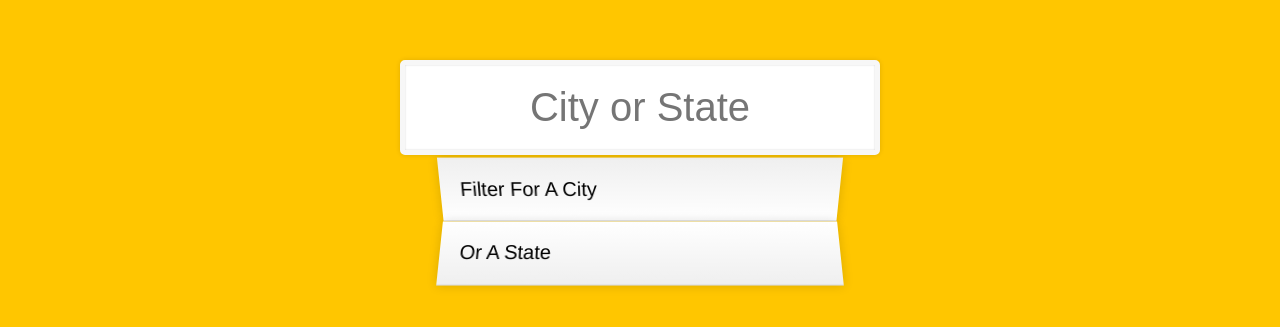
Repository: Saieebawake/Type-Ahead-City-or-State-Search
Page: index.html
An editor plug-in stored every save of this project. The page is shown before and after the next save, followed by the edit.
The browser window is 1280 px wide. The pictures show the whole page.
The page's requests for data from a server got no answer.

Above is the page before, as saved 2026-09-27 20:48:26.

### index.html
<!DOCTYPE html>
<html lang="en">
<head>
    <meta charset="UTF-8">
    <meta name="viewport" content="width=device-width, initial-scale=1.0">
    <title>Type Ahead</title>
    <link rel="stylesheet" href="style.css">
</head>
<body>
    <form class="search-form">
        <input type="text" class="search" placeholder="City or State">
        <ul class="suggestions">
            <li>Filter for a city</li>
            <li>or a state</li>
        </ul>
    </form>
    <script src="script.js"></script>
</body>
</html>

### style.css
html {
    box-sizing: border-box;
    background: #ffc600;
    font-family: 'helvetica neue';
    font-size: 20px;
    font-weight: 200;
}

*, *:before, *:after {
    box-sizing: inherit;
}

input {
    width: 100%;
    padding: 20px;
}

.search-form {
    max-width: 400px;
    margin: 50px auto;
}

input.search {
    margin: 0;
    text-align: center;
    outline: 0;
    border: 5px solid #f7f7f7;
    width: 120%;
    left: -10%;
    position: relative;
    top: 10px;
    z-index: 2;
    border-radius: 5px;
    font-size: 40px;
    box-shadow: 0 0 5px rgba(0, 0, 0, 0.12), inset 0 0 2px rgba(0, 0, 0, 0.19);
}

.suggestions {
    margin: 0;
    padding: 0;
    position: relative;
}

.suggestions li {
    background: white;
    list-style: none;
    border-bottom: 1px solid #d8d8d8;
    box-shadow: 0 0 10px rgba(0, 0, 0, 0.14);
    margin: 0;
    padding: 20px;
    transition: background 0.2s;
    display: flex;
    justify-content: space-between;
    text-transform: capitalize;
}

.suggestions li:nth-child(even) {
    transform: perspective(100px) rotateX(3deg) translateY(2px) scale(1.001);
    background: linear-gradient(to bottom, #ffffff 0%, #efefef 100%);
}

.suggestions li:nth-child(odd) {
    margin-top: 10px;
    transform: perspective(100px) rotateX(-3deg) translateY(3px);
    background: linear-gradient(to top, #ffffff 0%, #efefef 100%);
}

span.population {
    font-size: 15px;
}

.hl {
    background: #ffc600;
}

### script.js
const endpoint = 'https://gist.githubusercontent.com/Miserlou/c5cd8364bf9b2420bb29/raw/2bf258763cdddd704f8ffd3ea9a3e81d25e2c6f6/cities.json'

const cities = [];

fetch(endpoint)
.then(blob => blob.json())
.then(data => cities.push(...data))

function findMatches(wordToMatch, cities) {
    return cities.filter(place => {
        const regex = new RegExp(wordToMatch, 'gi');
        return place.city.match(regex) || place.state.match(regex)
    });
}

function numberWithCommas(x) {
    return x.toString().replace(/|B(?=(\d{3})+(?!\d))/g, ',');
}

function displayMatches() {
    const matchArray = findMatches(this.value, cities);
    const html = matchArray.map(place => {
        const regex = new RegExp(this.value, 'gi');
        const cityName = place.city.replace(regex,`<span class="hl">${this.value}</span>`);
        const stateName = place.state.replace(regex,`<span class="hl">${this.value}</span>`);
        return `
        <li>
        <span class="name">${cityName}, ${stateName}</span>
        <span class="population">${numberWithCommas(place.population)}</span>
        </li>`;
    }).join('');
    suggestions.innerHTML = html;
}

const searchInput = document.querySelector('.search');
const suggestions = document.querySelector('.suggestions');

searchInput.addEventListener('change', displayMatches);
searchInput.addEventListener('keyup', displayMatches);

After the next save:
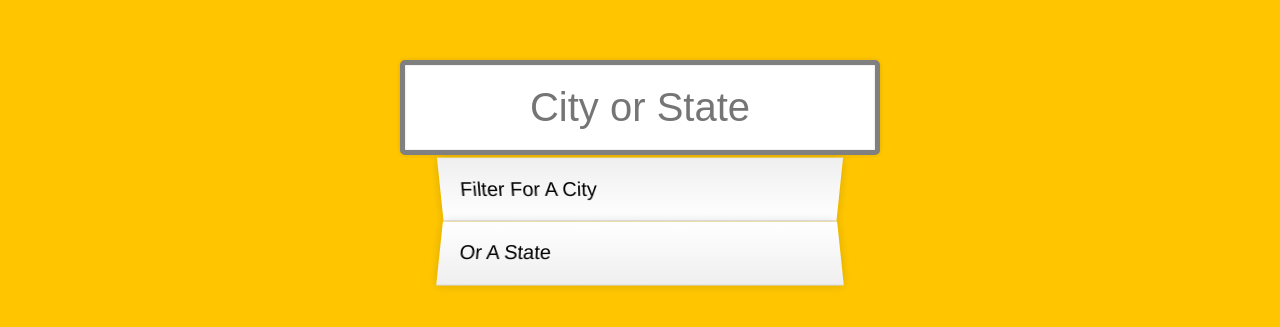
Saved 63 s later.
--- a/style.css
+++ b/style.css
@@ -24,7 +24,7 @@
     margin: 0;
     text-align: center;
     outline: 0;
-    border: 5px solid #f7f7f7;
+    border: 5px solid gray;
     width: 120%;
     left: -10%;
     position: relative;

After the save that followed:
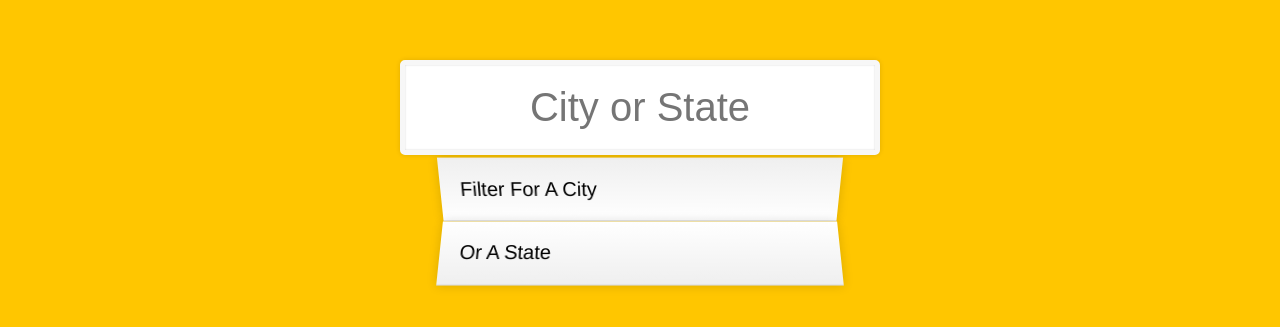
Saved 8 s later.
--- a/style.css
+++ b/style.css
@@ -24,7 +24,7 @@
     margin: 0;
     text-align: center;
     outline: 0;
-    border: 5px solid gray;
+    border: 5px solid #f7f7f7;
     width: 120%;
     left: -10%;
     position: relative;
